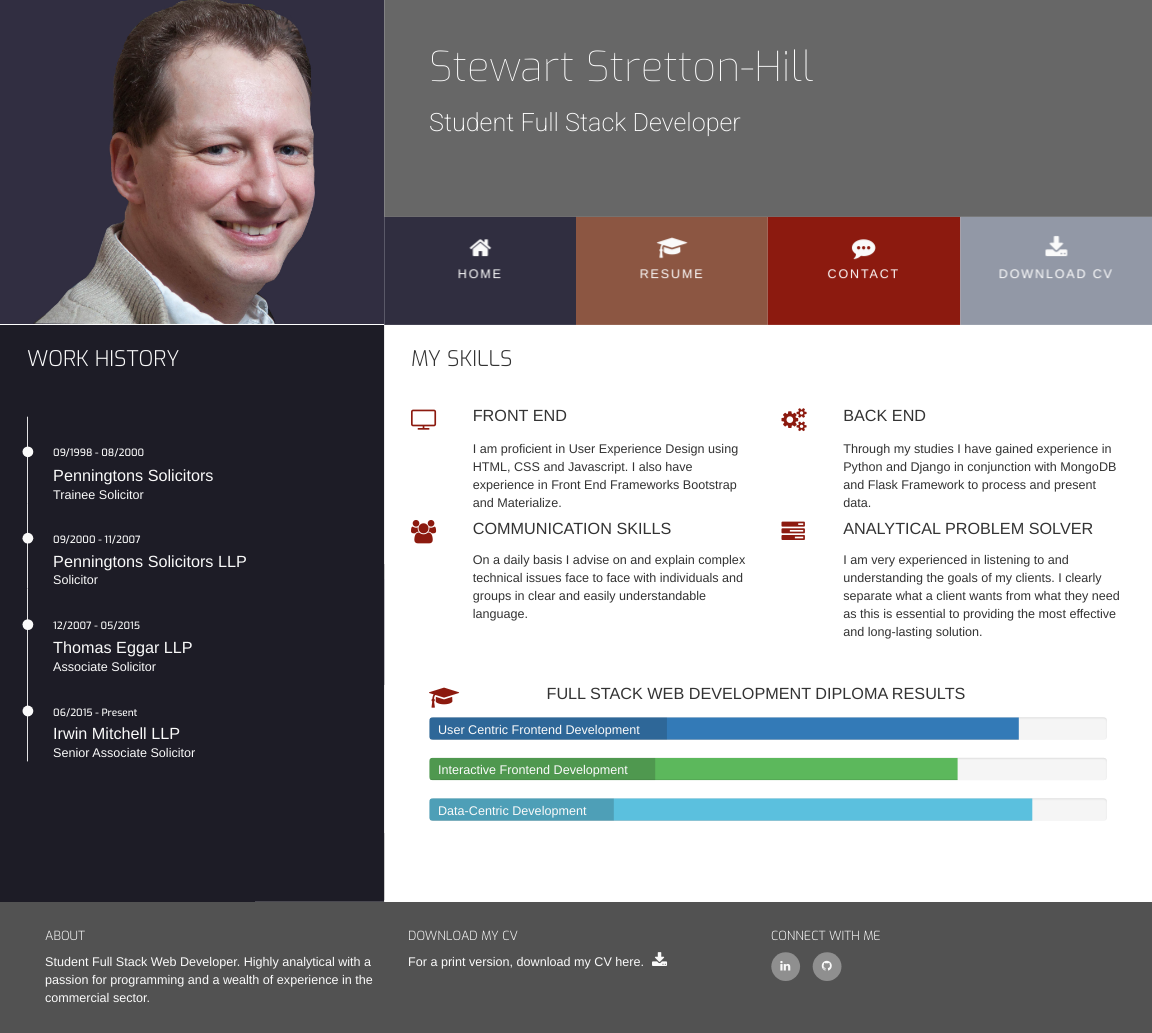
Repository: Shilldon/CV
Page: resume.html
The author's editor kept a record of every edit. The page is drawn from the files as they stood at one moment, then again after the next edit.
The browser window is 1280 px wide. The pictures show the whole page, at 90% of full size.

Above is the page before.

### resume.html
<!DOCTYPE html>
<html lang="en">

<head>
    <link rel="stylesheet" href="https://maxcdn.bootstrapcdn.com/bootstrap/3.3.7/css/bootstrap.min.css" type="text/css" />
    <link rel="stylesheet" href="https://stackpath.bootstrapcdn.com/font-awesome/4.7.0/css/font-awesome.min.css" type="text/css" />
    <link rel="stylesheet" href="https://cdnjs.cloudflare.com/ajax/libs/hover.css/2.3.1/css/hover-min.css" type="text/css" />
    <link rel="stylesheet" href="assets/css/style.css" type="text/css" />
    <meta name="viewport" content="width=device-width, initial-scale-1">
</head>

<body>
    <header class="container-fluid">
        <div class="row">
            <a href="index.html" alt="profile image">
                <div class="col-md-4 logo"></div>
            </a>
            <div class="col-md-8">
                <div class="row bg-color-name-title">
                    <div class="heading">
                        <h1 class="name">Stewart Stretton-Hill</h1>
                        <h2 class="title">Student Full Stack Developer</h2>
                    </div>
                </div>

                <div class="row">
                    <ul id="nav" class="list-inline clearfix">
                        <li class="col-xs-6 col-sm-3 ui-menu-color-home menuitem">
                            <a href="index.html" class="hvr-sweep-to-bottom"><i class="fa fa-home" aria-hidden="true"></i><span>Home</span></a>
                        </li>
                        <li class="col-xs-6 col-sm-3 ui-menu-color-resume menuitem">
                            <a href="resume.html" class="hvr-sweep-to-bottom"><i class="fa fa-graduation-cap" aria-hidden="true"></i><span>Resume</span></a>
                        </li>
                        <li class="col-xs-6 col-sm-3 ui-menu-color-contact menuitem">
                            <a href="contact.html" class="hvr-sweep-to-bottom"><i class="fa fa-commenting" aria-hidden="true"></i><span>Contact</span></a>
                        </li>
                        <li class="col-xs-6 col-sm-3 ui-menu-color-download menuitem">
                            <a href="assets/cv/sample-cv.pdf" target="_blank" class="hvr-sweep-to-bottom"><i class="fa fa-download" aria-hidden="true"></i><span>Download CV</span></a>
                        </li>
                    </ul>
                </div>
            </div>
        </div>
    </header>

    <section class="container-fluid">
        <div class="row row-table">
            <div class="col-xs-12 col-sm-12 col-md-4 bg-color-work-history section-column">
                <div class="row">
                    <div class="col-md-12">
                        <h3 class="history-heading uppercase">Work History</h3>
                    </div>
                </div>

                <div class="history-items">
                    <div class="timeline-item" dates="09/1998 - 08/2000">
                        <h4>Penningtons Solicitors</h4>
                        <p>Trainee Solicitor</p>
                    </div>
                    <div class="timeline-item" dates="09/2000 - 11/2007">
                        <h4>Penningtons Solicitors LLP</h4>
                        <p>Solicitor</p>
                    </div>
                    <div class="timeline-item" dates="12/2007 - 05/2015">
                        <h4>Thomas Eggar LLP</h4>
                        <p>Associate Solicitor</p>
                    </div>
                    <div class="timeline-item" dates="06/2015 - Present">
                        <h4>Irwin Mitchell LLP</h4>
                        <p>Senior Associate Solicitor</p>
                    </div>
                </div>

            </div>
            <div class="col-xs-12 col-sm-12 col-md-8 bg-color-three-reasons section-column">
                <div class="row">
                    <div class="col-md-12">
                        <h3 class="section-heading uppercase">My Skills</h3>
                    </div>
                </div>

                <div class="row">
                    <div class="col-xs-10 col-xs-offset-1 col-sm-offset-0 col-sm-4 col-md-6">
                        <div class="row">
                            <div class="col-xs-2 col-sm-2 col-md-2">
                                <i class="three-reasons-icon fa fa-tv" aria-hidden="true"></i>
                            </div>
                            <div class="col-xs-10 col-sm-10 ">
                                <h4 class="three-reasons-heading uppercase">Front End</h4>
                                <p>
                                    I am proficient in User Experience Design using HTML, CSS and Javascript. I also have experience in Front End Frameworks Bootstrap and Materialize.
                                </p>
                            </div>
                        </div>
                    </div>
                    <div class="col-xs-10 col-xs-offset-1 col-sm-offset-0 col-sm-4 col-md-6">
                        <div class="row">
                            <div class="col-xs-2 col-sm-2 col-md-2">
                                <i class="three-reasons-icon fa fa-gears" aria-hidden="true"></i>
                            </div>
                            <div class="col-xs-10 col-sm-10 ">
                                <h4 class="three-reasons-heading uppercase">Back End</h4>
                                <p>
                                    Through my studies I have gained experience in Python and Django in conjunction with MongoDB and Flask Framework to process and present data.</p>
                            </div>
                        </div>
                    </div>
                </div>
                <div class="row">
                    <div class="col-xs-10 col-xs-offset-1 col-sm-offset-0 col-sm-4 col-md-6">
                        <div class="row">
                            <div class="col-xs-2 col-sm-2 col-md-2">
                                <i class="three-reasons-icon fa fa-users" aria-hidden="true"></i>
                            </div>
                            <div class="col-xs-10 col-sm-10 ">
                                <h4 class="three-reasons-heading uppercase">Communication Skills</h4>
                                <p>
                                    On a daily basis I advise on and explain complex technical issues face to face with individuals and groups in clear and easily understandable language.
                                </p>
                            </div>
                        </div>
                    </div>
                    <div class="col-xs-10 col-xs-offset-1 col-sm-offset-0 col-sm-4 col-md-6">
                        <div class="row">
                            <div class="col-xs-2 col-sm-2 col-md-2">
                                <i class="three-reasons-icon fa fa-tasks" aria-hidden="true"></i>
                            </div>
                            <div class="col-xs-10 col-sm-10 ">
                                <h4 class="three-reasons-heading uppercase">Analytical Problem Solver</h4>
                                <p>
                                    I am very experienced in listening to and understanding the goals of my clients. I clearly separate what a client wants from what they need as this is essential to providing the most effective and long-lasting solution.
                                </p>
                            </div>
                        </div>
                    </div>
                </div>
                <div class="progress-section row">
                    <div class="row">
                        <div class="col-xs-2 col-sm-2 col-md-2">
                            <i class="three-reasons-icon fa fa-graduation-cap" aria-hidden="true"></i>
                        </div>
                        <div class="col-xs-10 col-sm-10">
                            <h4 class="three-reasons-heading uppercase">Full Stack Web Development Diploma Results</h4>
                        </div>
                    </div>

                    <div class="progress">
                        <div class="progress-bar" role="progressbar" aria-valuenow="90" aria-valuemin="0" aria-valuemax="100" style="width:87%">
                            <span class="sr-only"> 87% </span>
                            <!-- screen reader only - sr-only -->
                        </div>
                        <span class="progress-type">User Centric Frontend Development</span>
                    </div>
                    <div class="progress">
                        <div class="progress-bar progress-bar-success" role="progressbar" aria-valuenow="78" aria-valuemin="0" aria-valuemax="100" style="width:78%">
                            <span class="sr-only"> 78% </span>
                            <!-- screen reader only - sr-only -->
                        </div>
                        <span class="progress-type">Interactive Frontend Development</span>
                    </div>
                    <div class="progress">
                        <div class="progress-bar progress-bar-info" role="progressbar" aria-valuenow="89" aria-valuemin="0" aria-valuemax="100" style="width:89%">
                            <span class="sr-only"> 89% </span>
                            <!-- screen reader only - sr-only -->
                        </div>
                        <span class="progress-type">Data-Centric Development</span>
                    </div>
                </div>
            </div>
        </div>
    </section>

    <footer class="container-fluid">
        <div id="footer-details" class="row">
            <div class="col-sm-4">
                <h5 class="uppercase general-sub">About</h5>
                <p class="inline-block">
                    Student Full Stack Web Developer. Highly analytical with a passion for programming and a wealth of experience in the commercial sector.
                </p>
            </div>
            <div class="col-sm-4">
                <h5 class="uppercase general-sub">Download My CV</h5>
                <p class="inline-block">
                    For a print version, download my CV here.
                    <a href="assets/cv/sample-cv.pdf" target="_blank" class="cv-pdf"><i class="fa fa-download" aria-hidden="true"></i></a>
                </p>
            </div>
            <div class="col-sm-4">
                <h5 class="uppercase general-sub">Connect with me</h5>
                <ul class="list-inline social-links">
                    <li><a target=".blank" href="https://www.linkedin.com/in/stewartstrettonhill/"><i class="fa fa-linkedin"></i></a></li>
                    <li><a target="_blank" href="https://github.com/Shilldon/"><i class="fa fa-github" aria-hidden="true"></i></i></a></li>
                </ul>
            </div>
        </div>

    </footer>
</body>

</html>

### assets/css/style.css
@import url('https://fonts.googleapis.com/css?family=Roboto:100,200,300,400,500,600,700|Exo:100,200,300,400,500,600,700');

/*-------------------------------------------Colors*/

.bg-color-name-title {
    background-color: #676767;
}

.bg-color-three-reasons {
    background-color: #ffffff;
}

.bg-color-personal-info {
    background-color: #f4f4f4;
}

.bg-color-work-history {
    background-color: rgb(29, 28, 38);
}

.bg-color-contact {
    background-color: #ffffff;
}

.ui-menu-color-home {
    background-color: #302E40;
}

.ui-menu-color-resume {
    background-color: #8C5642;
}

.ui-menu-color-contact {
    background-color: #8C1A0F;
}

.ui-menu-color-download {
    background-color: #9298A6;
}


/*-------------------------------------------Special Padding/Margins/Text*/

h1,
h2,
h3,
h4 {
    margin: 0;
}

.uppercase {
    text-transform: uppercase;
}

.general-sub {
    font-family: "Exo", sans-serif;
    font-weight: 300;
    color: #fafafa;
}

.inline-block {
    display: inline-block;
}

.row-table {
    display: table;
}

.history-heading,
.section-heading {
    font-family: "Exo", sans-serif;
    font-weight: 300;
    margin-top: 25px;
    margin-bottom: 40px;
}

/*-------------------------------------------Heading*/

header {
    margin: 0;
}

.heading {
    margin-left: 50px;
}

.logo {
    background: url("../images/headshot.jpg");
    background-position: center;
    background-repeat: no-repeat;
    background-size: cover;
    min-height: 360px;
    transition: all .5s ease-in-out;
    -moz-transition: all .5s ease-in-out;
    -webkit-transition: all .5s ease-in-out;
}

.name {
    font-family: "Exo", sans-serif;
    font-weight: 100;
    font-size: 46px;
    margin-top: 50px;
    color: #ffffff;
}

.title {
    font-family: "Roboto", sans-serif;
    font-weight: 200;
    font-size: 28px;
    margin-top: 20px;
    margin-bottom: 90px;
    color: #ffffff;
}

#nav {
    margin: 0;
}

#nav li {
    padding: 0;
}

.menuitem {
    height: 120px;
    text-align: center;
    padding: 0;
}

.menuitem a {
    width: 100%;
    text-decoration: none;
    color: #ffffff;
    height: 120px;
}

.menuitem a i {
    padding-top: 22px;
    display: block;
    color: #fafafa;
    font-size: 26px;
}

.menuitem span {
    display: block;
    width: 100%;
    padding-top: 5px;
    text-align: center;
    text-transform: uppercase;
    font-size: 14px;
    font-weight: 300;
    letter-spacing: 2px;
}

/*-------------------------------------------Hover.css*/

.hvr-sweep-to-bottom:before {
    background: rgba(0, 0, 0, 0.2);
    height: 120px;
}


/*-------------------------------------------Footer*/

footer {
    background-color: #525252;
    color: #fafafa;
    min-height: 120px;
    margin: 0;
}

footer .cv-pdf i {
    color: #fafafa;
    text-align: center;
    font-size: 18px;
    padding-left: 5px;
}

footer .cv-pdf i:hover {
    color: #e84610;
    transition: all 0.35s ease-in-out;
    -moz-transition: all 0.35s ease-in-out;
    -webkit-transition: all 0.35s ease-in-out;
    -o-transition: all 0.35s ease-in-out;
}

.social-links {
    padding-bottom: 15px;
}

.social-links li a i {
    width: 32px;
    height: 32px;
    padding: 12px 0;
    border-radius: 50%;
    font-size: 13px;
    line-height: 7px;
    text-align: center;
    color: #fafafa;
    background: #8f8f8f;
    transition: all 0.35s ease-in-out;
    -moz-transition: all 0.35s ease-in-out;
    -webkit-transition: all 0.35s ease-in-out;
    -o-transition: all 0.35s ease-in-out;

}

.social-links li a i:hover {
    background: #8C1A0F;

}

#footer-details {
    margin: 20px;
}


/*-------------------------------------------Three Reasons*/

.three-reasons-icon {
    font-size: 26px;
    color: #8C1A0F;

}

.three-reasons-heading {
    margin-bottom: 15px;

}


/*-------------------------------------------Personal Info*/

.personal-info-item {
    margin-bottom: 20px;
    display: block;
    clear: both;

}

.personal-info-item .key,
.personal-info-item .value {
    padding-right: 8px;
}

.personal-info-item .key p,
.personal-info-item .value p {
    margin: 0;
}

.personal-info-item .key {
    display: inline-block;
    width: 30%;
    margin-right: 21px;
    padding-top: 2px;
    vertical-align: top;
}

.personal-info-item .key p {
    font-weight: 700;
}

.personal-info-item .value {
    display: inline-block;
    position: relative;
    width: 60%;
}

/*-------------------------------------------Skills*/

.progress {
    position: relative;
    height: 25px;
}

.progress-type {
    position: absolute;
    /*so text will sit on the progress bar */
    left: 0px;
    font-weight: 400;
    padding: 3px 30px 2px 10px;
    color: #fafafa;
    background-color: rgba(25, 25, 25, 0.2);
}

.progress-section {
    margin: 40px 20px;
}

/*-------------------------------------------Work History*/

.timeline-item {
    padding: 4em 2em 0em 2em;
    position: relative;
    color: #fafafa;
    border-left: 1px solid;
}

.timeline-item p {
    padding: 0;
    margin: 0;

}



.timeline-item::before {
    /*before is a pseudo element */
    content: attr(dates);
    /*search for attribute called dates and display value assocaited with that dates key */
    /*content - i.e. put in whatever the value of content is */
    position: absolute;
    left: 2.5em;
    top: 3em;
    display: block;
    font-family: "Exo", sans-serif;
    font-weight: 500;
    font-size: 0.8em;
    padding: 0;
    margin: 0;

}

.timeline-item::after {
    width: 12px;
    height: 12px;
    display: block;
    top: 2.4em;
    position: absolute;
    left: -6px;
    border-radius: 12px;
    content: '';
    background: #fafafa;
}


.history-heading {
    color: #fafafa;
    margin-bottom: 50px;
}

.history-items {
    margin-bottom: 30px;
}

/*-------------------------------------------Contact*/

.contact-heading {
    font-family: "Exo", sans-serif;
    font-weight: 300;
    margin-top: 25px;
    margin-bottom: 20px;
}
/*
.center-form {
    padding-top: 10px;
    margin: 0 auto;
    max-width: 70%;
}

button[type="submit"] {
    margin-top: 15px;
    margin-bottom: 20px;
    background-color: #e84610;
    color: #fafafa;
}
*/
.contact-details {
    padding:40px;
}
.contact-details .row {
    padding:20px 20px;
}
/*-------------------------------------------Media Queries*/

@media(min-width: 992px) {
    .section-column {
        padding: 0 30px 30px;
        float: none;
        display: table-cell;
    }

    .center-form {
        padding-top: 30px;
        min-height: 240px;
        margin: 0 auto;
        max-width: 50%;
    }
}

After the next edit:
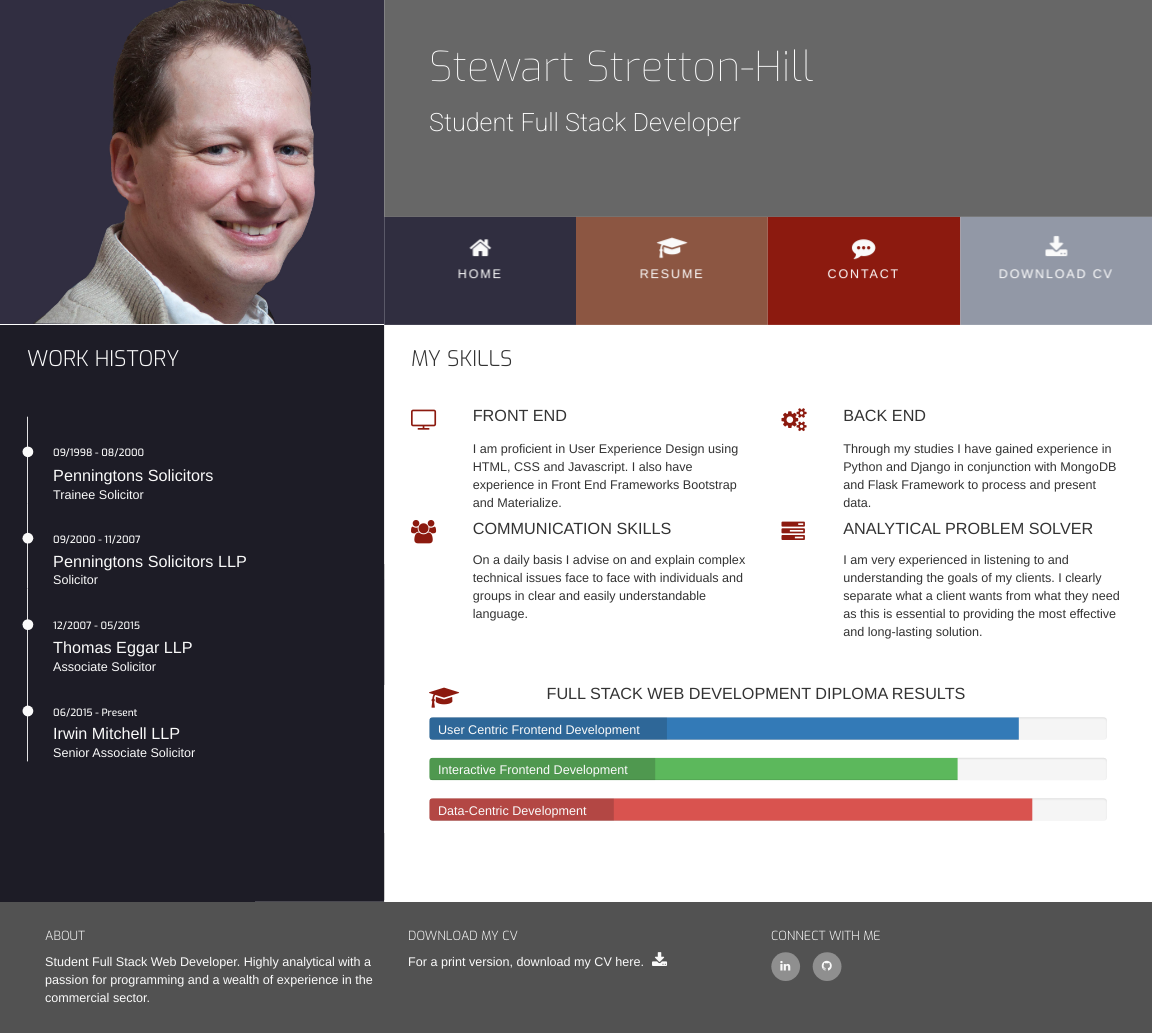
The edit:
--- a/resume.html
+++ b/resume.html
@@ -159,7 +159,7 @@
                         <span class="progress-type">Interactive Frontend Development</span>
                     </div>
                     <div class="progress">
-                        <div class="progress-bar progress-bar-info" role="progressbar" aria-valuenow="89" aria-valuemin="0" aria-valuemax="100" style="width:89%">
+                        <div class="progress-bar progress-bar-danger" role="progressbar" aria-valuenow="89" aria-valuemin="0" aria-valuemax="100" style="width:89%">
                             <span class="sr-only"> 89% </span>
                             <!-- screen reader only - sr-only -->
                         </div>
